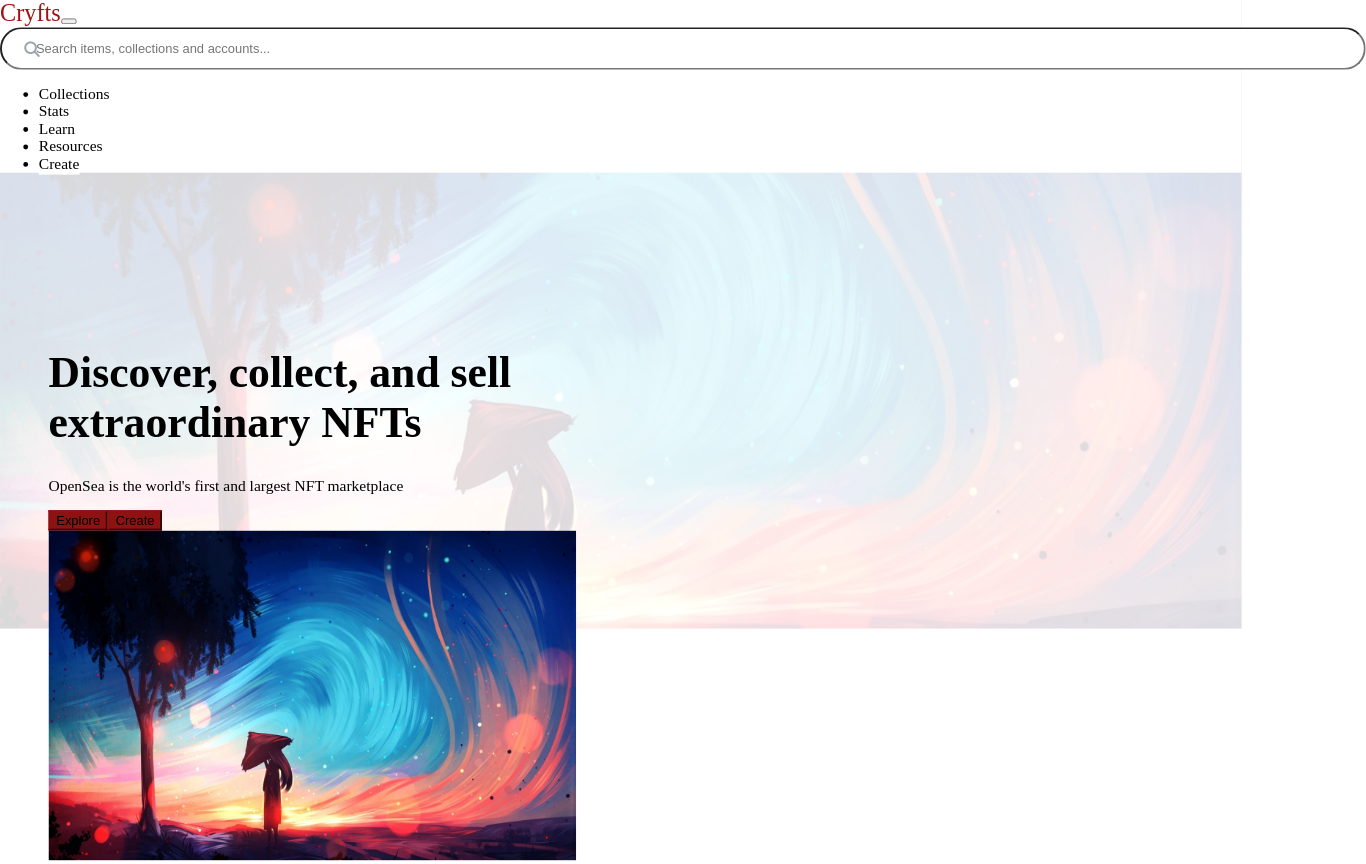
Repository: Huzaifa-2609/opensea_project
Page: /
These files come from the project's save history. The page is drawn as it stood at one moment and after the next save; the edit follows.
The browser window is 1280 px wide. The page is 1408 px wide, so the pictures cover 1408 px, including what lies to the right of the window. The pictures show the whole page, at 97% of full size.
Some web libraries are served in a nearby version. The project was rebuilt for these pictures with package versions that can differ from the ones it lists, and the page was loaded fresh each time. The framework's server and built-in components were replaced by stand-ins that run in the browser. Also part of the build but not shown: next.config.js, styles/Home.module.css.

Above is the page before, as saved 2022-07-09 19:22:51.

### pages/_app.js
import Navbar from '../components/Navbar'
import '../styles/globals.css'
import Head from "next/head"
import Script from 'next/script'
import "../styles/hero.css"
function MyApp({ Component, pageProps }) {
  return(
    <>
    <Script src="https://kit.fontawesome.com/30bda3e318.js" crossorigin="anonymous"></Script>
    <Script src="https://cdn.jsdelivr.net/npm/bootstrap@5.2.0-beta1/dist/js/bootstrap.bundle.min.js" integrity="sha384-pprn3073KE6tl6bjs2QrFaJGz5/SUsLqktiwsUTF55Jfv3qYSDhgCecCxMW52nD2" crossOrigin="anonymous"></Script>
    <Navbar title={"Cryfts"}/>
  <Component {...pageProps} />
  </>
  )
}

export default MyApp

### pages/_document.js
import { Html, Head, Main, NextScript } from 'next/document'

export default function Document() {
  return (
    <Html>
      <Head>
      <link href="https://cdn.jsdelivr.net/npm/bootstrap@5.2.0-beta1/dist/css/bootstrap.min.css" rel="stylesheet" integrity="sha384-0evHe/X+R7YkIZDRvuzKMRqM+OrBnVFBL6DOitfPri4tjfHxaWutUpFmBp4vmVor" crossOrigin="anonymous"/>
      </Head>
      <body>
        <Main />
        <NextScript />
      </body>
    </Html>
  )
}

### pages/index.js
import Head from 'next/head'
import Image from 'next/image'
import Hero from '../components/Hero'
import styles from '../styles/Home.module.css'

export default function Home() {
  return (
    <>
    <div>
      <Head>
        <title>Create Next App</title>
        <meta name="description" content="Generated by create next app" />
        <link rel="icon" href="/favicon.ico" />
      </Head>
         </div>
      <Hero/>
      </>
  )
}

### components/Navbar.js
import React from 'react'
import Link from 'next/link'
import { useRouter } from 'next/router'
const Navbar = (props) => {
  const location=useRouter();
  return (
    <div>
      <nav className="navbar shadow-sm fixed-top navbar-expand-lg navbar-light">
  <div className="container-fluid">
    <a className="navbar-brand text-color fw-bolder ml-2" href="/">{props.title}</a>
    <button className="navbar-toggler" type="button" data-bs-toggle="collapse" data-bs-target="#navbarSupportedContent" aria-controls="navbarSupportedContent" aria-expanded="false" aria-label="Toggle navigation">
      <span className="navbar-toggler-icon"></span>
    </button>

    <div className="collapse navbar-collapse" style={{width:"50%"}} id="navbarSupportedContent">

            <div className="row height d-flex justify-content-center align-items-center">

                <div className="form">
                  <i className="fa fa-search"></i>
                  <input type="text" className="form-control form-input" placeholder="Search items, collections and accounts..."/>
                </div>

            </div>


      <ul className="navbar-nav gap-4 m-auto mb-2 mb-lg-0 fw-bold" style={location.pathname==="/signup"?{visibility:"hidden"}:{}}>
      <li className="nav-item">
          <Link href="/collections/0x7132e1d414161A232c2027aE6C66D7914649bA66"><a className="nav-link " aria-current="page" >Collections</a></Link>
        </li>
        <li className="nav-item">
          <Link href="/"><a className="nav-link" aria-current="page" >Stats</a></Link>
        </li>
        <li className="nav-item">
          <Link href="/"><a className="nav-link " >Learn</a></Link>
        </li>

        <li className="nav-item dropdown">
          <Link href="/"><a className="nav-link dropdown-toggle pe-none"  id="navbarDropdown" role="button" data-bs-toggle="dropdown" aria-expanded="false">
            Resources
          </a></Link>
          <ul className="dropdown-menu" aria-labelledby="navbarDropdown">
            <li><Link href="/"><a className="dropdown-item" >Action</a></Link></li>
            <li><Link href="/"><a className="dropdown-item" >Another action</a></Link></li>
            <li><hr className="dropdown-divider"/></li>
            <li><Link href="/"><a className="dropdown-item" >Something else here</a></Link></li>
          </ul>
        </li>
        <li className="nav-item">
          <Link  href="/"><a className="nav-link">Create</a></Link>
        </li>
      </ul >
      {/* <form className="d-flex" role="search">
        <ul className="navbar-nav gap-3 media" style={location.pathname==="/signup"?{display:"none"}:{}}>
      <li className="nav-item float-right">
          <Link href="/login"><a className="nav-link"  >Sign in</a></Link>
    </li>
      <li className="nav-item mx-2">
    <Link href='/signup'><a className="btn btn1 btn-primary bd-color bg-color"  style={location.pathname==="/signup"?{display:"none"}:{}} type="submit">Get Started</a></Link>
    </li>
        </ul>
      </form> */}
    </div>
  </div>
</nav>
    </div>
  )
}

export default Navbar

### styles/globals.css
:root {
  --light: #9f1313;
  --dark: #8d1212;
}
html,
body {
  padding: 0;
  margin: 0;
  /* font-family: -apple-system, BlinkMacSystemFont, Segoe UI, Roboto, Oxygen,
    Ubuntu, Cantarell, Fira Sans, Droid Sans, Helvetica Neue, sans-serif; */
}

a {
  color: inherit;
  text-decoration: none;
}

* {
  box-sizing: border-box;
}
@media all and (min-width: 992px) {
  .navbar .nav-item .dropdown-menu{ display: none; }
  .navbar .nav-item .nav-link{ border-bottom:3px solid white;  }
  .navbar .nav-item:hover .nav-link{ border-bottom:3px solid var(--light);  }
  .navbar .nav-item:hover .dropdown-menu{ display: block; }
  .navbar .nav-item .dropdown-menu{ margin-top:0; }


}
@media all and (max-width: 992px){
  .pic{display: none;}
  .signup-cls{   margin-top: 15% !important;}
  .signin-cls .card{border:none; box-shadow: none !important;}
  .media{display: none;}
  .empass{flex-direction: column ;}
}

nav {
  /* border-bottom:1px solid #ede4e4; */
  background-color: white;
}
.comp1{
  width: 22rem;
  border: none;

}
.comp{
  margin: 90px 0px;
}
.text-color{
  color: var(--dark);
}
.bg-color{
  background-color: var(--dark);
}
.btn1:hover{
  background-color: var(--light);
  border-color: var(--dark);

}
.bd-color{
  border-color: var(--dark);
}
.navbar-light .navbar-brand{
  color: var(--dark);
}
.navbar-light .navbar-brand:hover{
  color: var(--light);
}
.navbar-brand{
  font-size: 25px;
}
.link-hover :hover{
  color: var(--dark);
}
.form-check-label-color{
  color: var(--dark);
}
.form-outline{
  width: 75%!important;
}
.form-control:focus {
  border-color: #ced4da;
  box-shadow: none!important;
}

/* Navbar search css */
.form{
  position: relative;

}

.form .fa-search{

  position: absolute;
  top:15px;
  left: 25px;
  color: #9ca3af;

}

.form span{

  position: absolute;
  right: 17px;
  top: 13px;
  padding: 2px;
  border-left: 1px solid #d1d5db;

}

.left-pan{
  padding-left: 7px;
}

.left-pan i{

 padding-left: 10px;
}

.form-input{
  width: 220%;
  height: 44px;
  text-indent: 33px;
  border-radius: 40px;
}

.form-input:focus{

  box-shadow: none;
  border:none;
}

### styles/hero.css
/* .body{
} */
/* .bg{
    background: url("../public/nftbg.jpg") no-repeat center center/cover;
} */
.bg::before{
    content: "";
    background:url("../public/nftbg.jpg") no-repeat center center/cover;
    position: absolute;
    height:90%;
    width:100%;
    z-index: -1;
    opacity: 0.15;
    top: 0px;
    left: 0px;
}

### components/Hero.js
import React from "react";
import Image from "next/image";
import img from "../public/nftbg.jpg";

const Hero = () => {
  const style = {
    marginTop: "100px",
    height: "70vh",
    padding: "50px",
  };
  return (
    <>
      <div
        className=" d-flex justify-content-between bg align-items-center "
        style={style}
      >
        <div
          className="card mb-3 border-0 bg-transparent"
          style={{ width: "34rem" }}
        >
          <div className="card-body">
            <h1 className="card-title " style={{ fontSize: "45px" }}>
              Discover, collect, and sell extraordinary NFTs
            </h1>
            <p className="card-subtitle text-muted mt-3 fs-3">
              OpenSea is the world's first and largest NFT marketplace
            </p>
          </div>
          <div className="d-flex gap-4 ">
          <button type="button" class="btn btn-primary bd-color bg-color btn1 btn-lg fs1 w-50 py-2">
            Explore
          </button>
          <button type="button" class="btn btn-secondary btn1 bd-color bg-color btn-lg fs1 w-50 py-2">
            Create
          </button>
          </div>
        </div>
        <div className="card mb-3 border-0 " style={{ width: "34rem" }}>
          <Image
            src={img}
            className="card-img-top"
            alt="..."
            style={{ height: "34rem" }}
          />
          {/* <div className="card-body">
            <h1 className="card-title">Discover, collect, and sell extraordinary NFTs</h1>
            <h3 className="card-subtitle text-muted mt-3">
            OpenSea is the world's first and largest NFT marketplace
            </h3>
          </div> */}
        </div>
      </div>
    </>
  );
};

export default Hero;

After the next save:
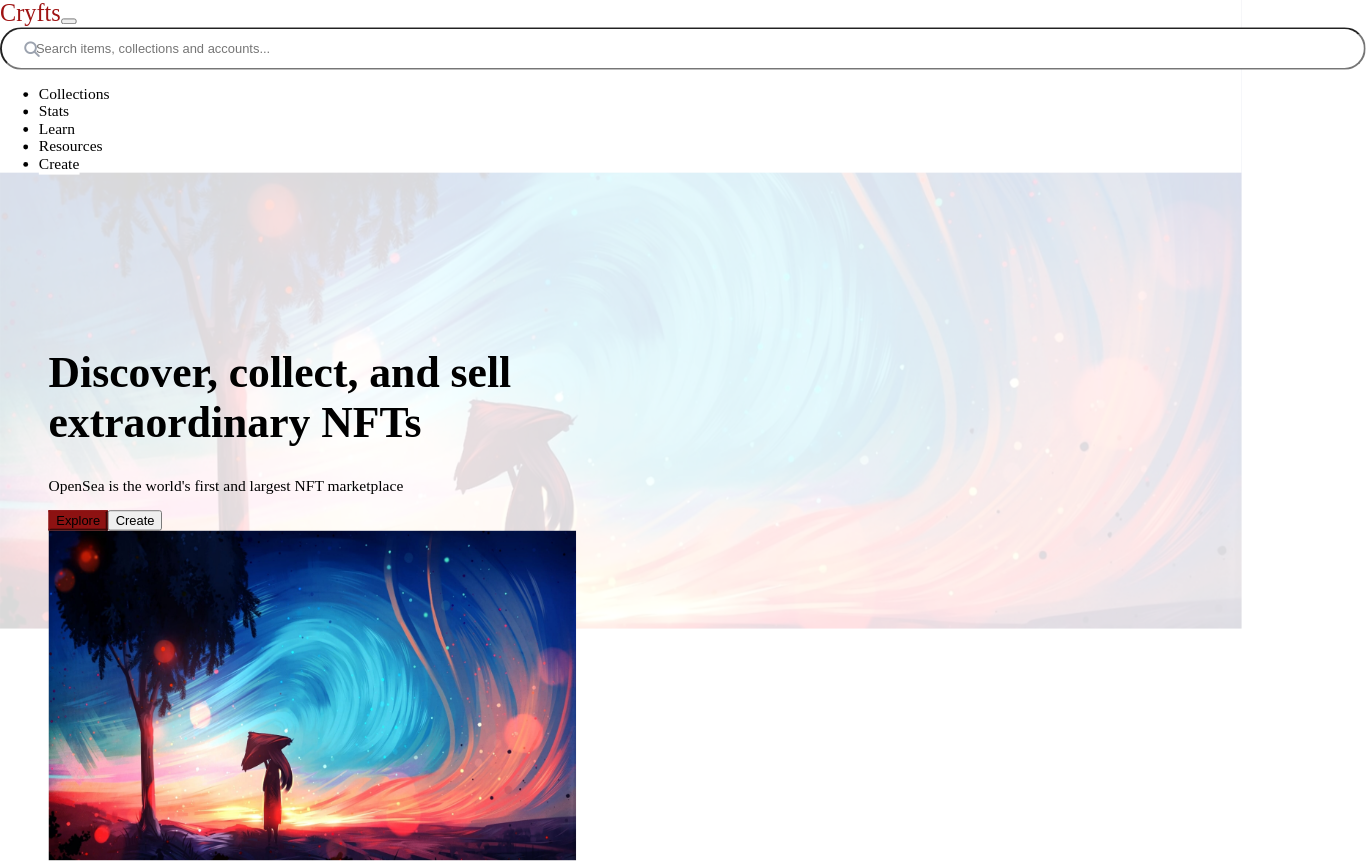
Saved 27 s later.
--- a/components/Hero.js
+++ b/components/Hero.js
@@ -30,7 +30,7 @@ const Hero = () => {
           <button type="button" class="btn btn-primary bd-color bg-color btn1 btn-lg fs1 w-50 py-2">
             Explore
           </button>
-          <button type="button" class="btn btn-secondary btn1 bd-color bg-color btn-lg fs1 w-50 py-2">
+          <button type="button" class="btn btn-light btn1  btn-lg fs1 w-50 py-2">
             Create
           </button>
           </div>
